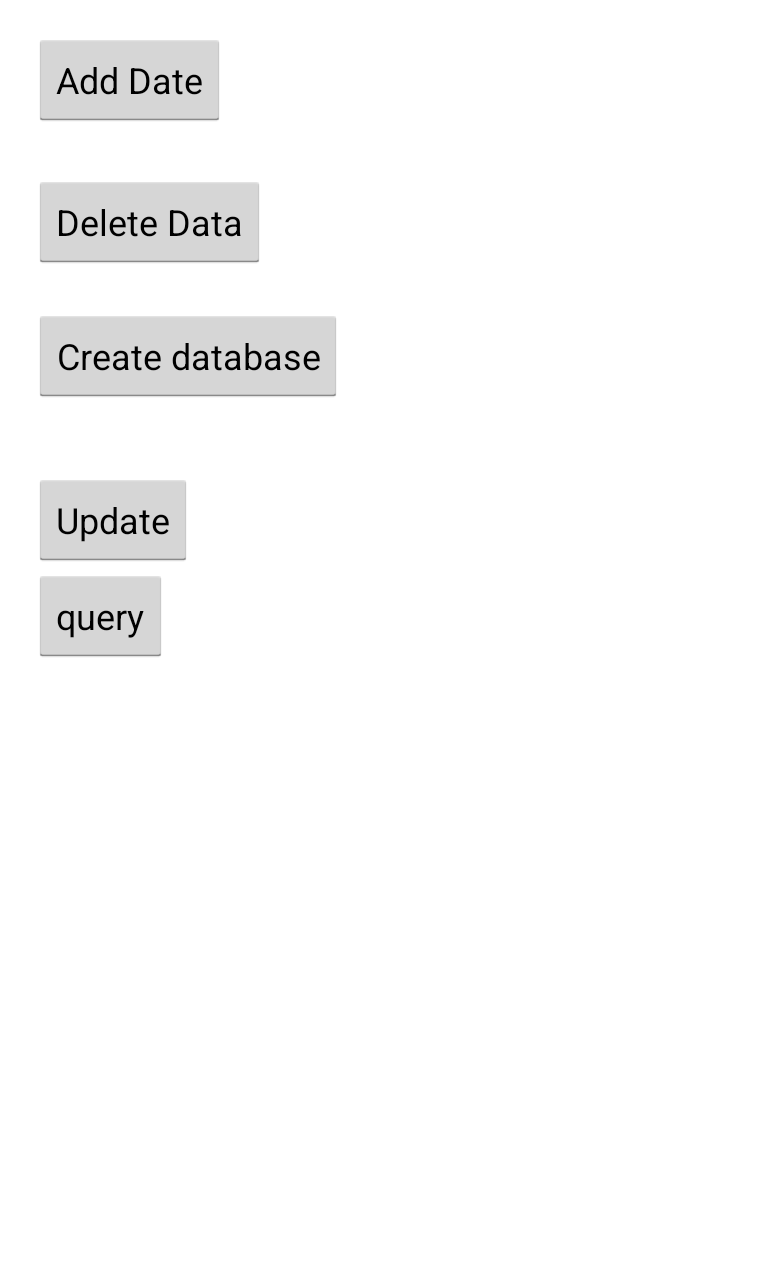
Repository: superlikex/Android_task
Layout: DatabaseTest/res/layout/activity_main.xml
The author's editor kept a copy of each file at every save. The layout is drawn from the files as they stood at one save, then again after the next save.
It is drawn on a 768 x 1280 px phone screen (xhdpi) without system bars, with theme AppTheme; the app's code is not run.

Above is the layout before, as saved 2015-12-06 06:46:10.

After the next save:
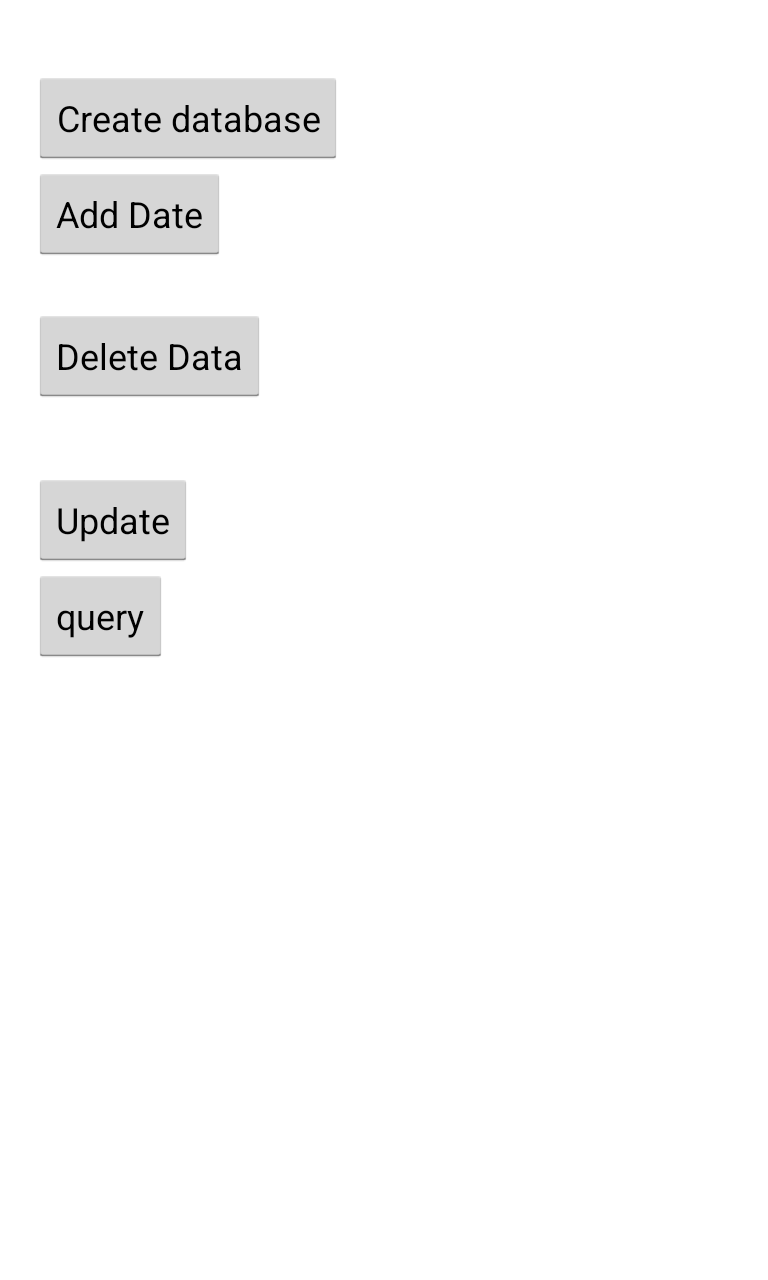
Saved 58 s later.
--- a/DatabaseTest/res/layout/activity_main.xml
+++ b/DatabaseTest/res/layout/activity_main.xml
@@ -9,13 +9,17 @@
     android:paddingTop="@dimen/activity_vertical_margin"
     tools:context="com.example.databasetest.MainActivity" >
 
+    <Button
+        android:id="@+id/create_database"
+        android:layout_width="wrap_content"
+        android:layout_height="wrap_content"
+        android:layout_marginTop="19dp"
+        android:text="Create database" />
 
     <Button
         android:id="@+id/bt_add"
         android:layout_width="wrap_content"
         android:layout_height="wrap_content"
-
-
         android:text="Add Date" />
 
     <Button
@@ -25,14 +29,6 @@
 
         android:layout_marginTop="23dp"
         android:text="Delete Data" />
-
-    <Button
-        android:id="@+id/create_database"
-        android:layout_width="wrap_content"
-        android:layout_height="wrap_content"
-
-        android:layout_marginTop="19dp"
-        android:text="Create database" />
 
     <Button
         android:id="@+id/bt_update"
